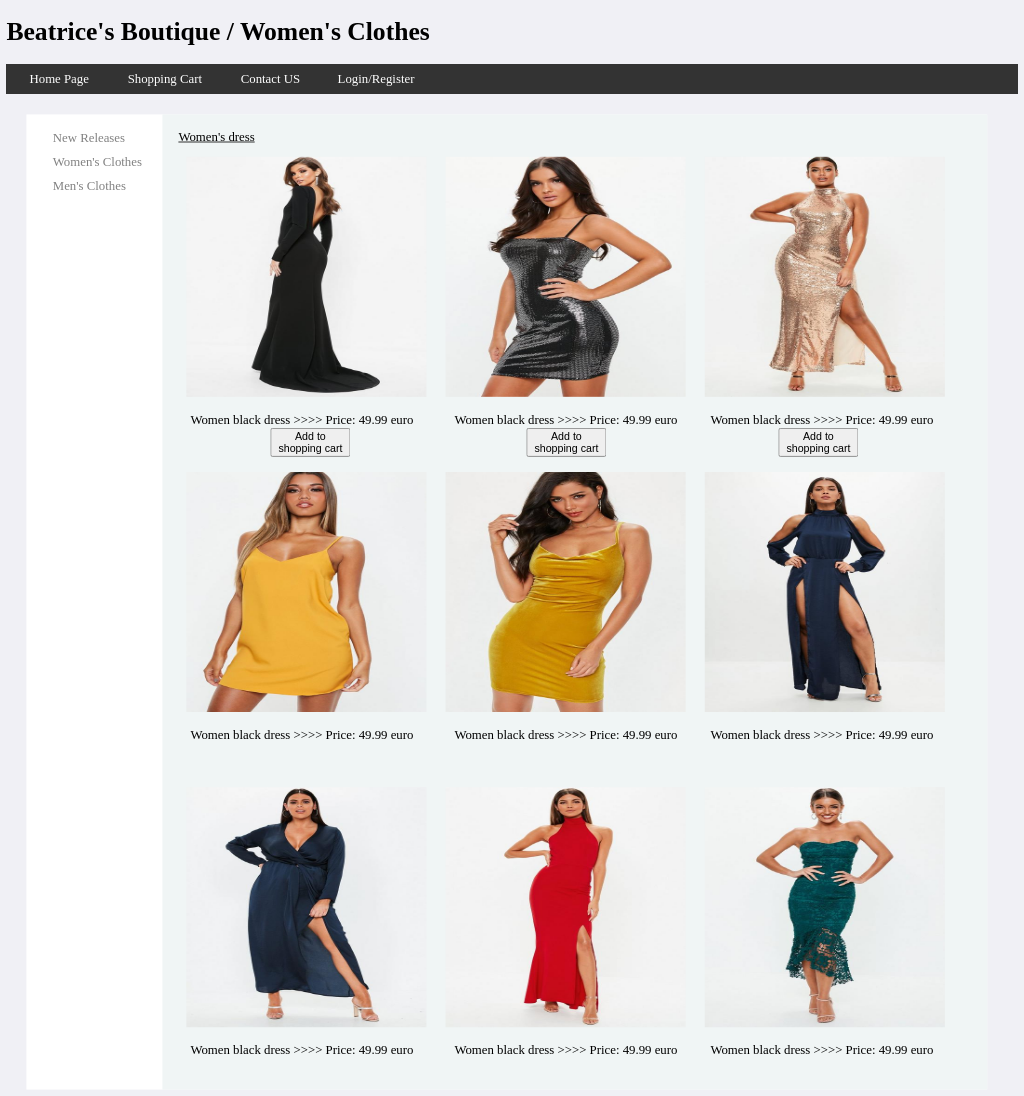
Repository: IosifDobos/Beatrice-Boutique
Page: BeatriceBoutique/Java/WorkSpace/BeatriceBoutique/WebContent/womensClothes.html
These files come from the project's save history. The page is drawn as it stood at one moment and after the next save; the edit follows.
The browser window is 1280 px wide. The pictures show the whole page, at 80% of full size.

Above is the page before, as saved 2018-12-04 17:56:09.

After the next save:
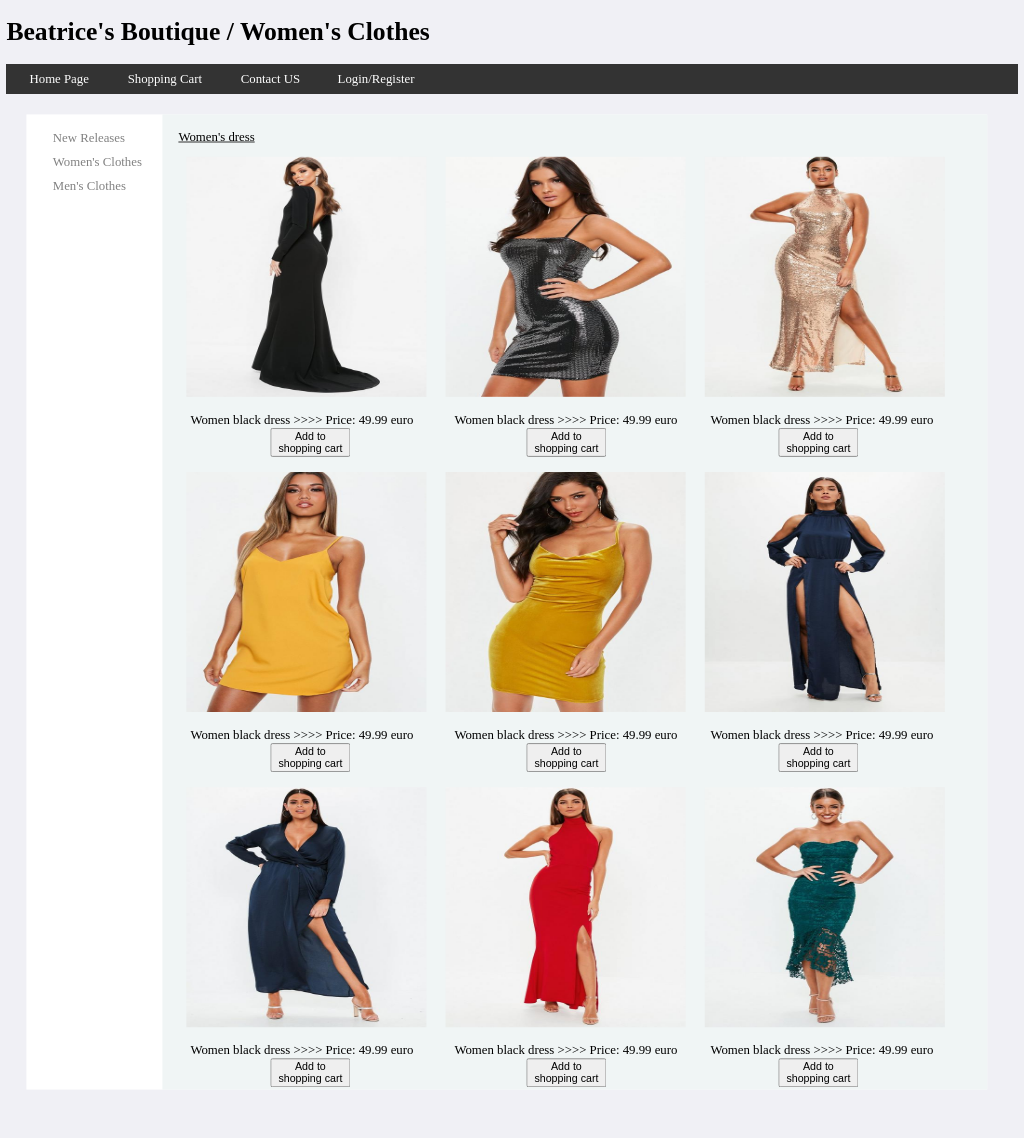
Saved 42 s later.
--- a/BeatriceBoutique/Java/WorkSpace/BeatriceBoutique/WebContent/womensClothes.html
+++ b/BeatriceBoutique/Java/WorkSpace/BeatriceBoutique/WebContent/womensClothes.html
@@ -75,6 +75,24 @@
 			<div id="product-3">
 				<p>Women black dress >>>>  Price: 49.99 euro</p>
 			</div>
+			<div id ="button-url">
+				<button data-url="shoppingCart.html" type="button" title="Add to shopping cart"
+				class="button">
+						Add to shopping cart
+				</button>
+			</div>
+			<div id ="button-url1">
+				<button data-url="shoppingCart.html" type="button" title="Add to shopping cart"
+				class="button">
+						Add to shopping cart
+				</button>
+			</div>
+			<div id ="button-url2">
+				<button data-url="shoppingCart.html" type="button" title="Add to shopping cart"
+				class="button">
+						Add to shopping cart
+				</button>
+			</div>
 			<br><br><br><br><br><br>
 			<img alt="dress6" src="womens-img/plus-size-navy-wrap-front-knot-dress.jpg" width="300" height="300" style="margin-left: 10px;">
 
@@ -90,6 +108,24 @@
 			<div id="product-3">
 				<p>Women black dress >>>>  Price: 49.99 euro</p>
 			</div>
+			<div id ="button-url">
+				<button data-url="shoppingCart.html" type="button" title="Add to shopping cart"
+				class="button">
+						Add to shopping cart
+				</button>
+			</div>
+			<div id ="button-url1">
+				<button data-url="shoppingCart.html" type="button" title="Add to shopping cart"
+				class="button">
+						Add to shopping cart
+				</button>
+			</div>
+			<div id ="button-url2">
+				<button data-url="shoppingCart.html" type="button" title="Add to shopping cart"
+				class="button">
+						Add to shopping cart
+				</button>
+			</div>
 			<br><br><br><br>
 		</div>
 
